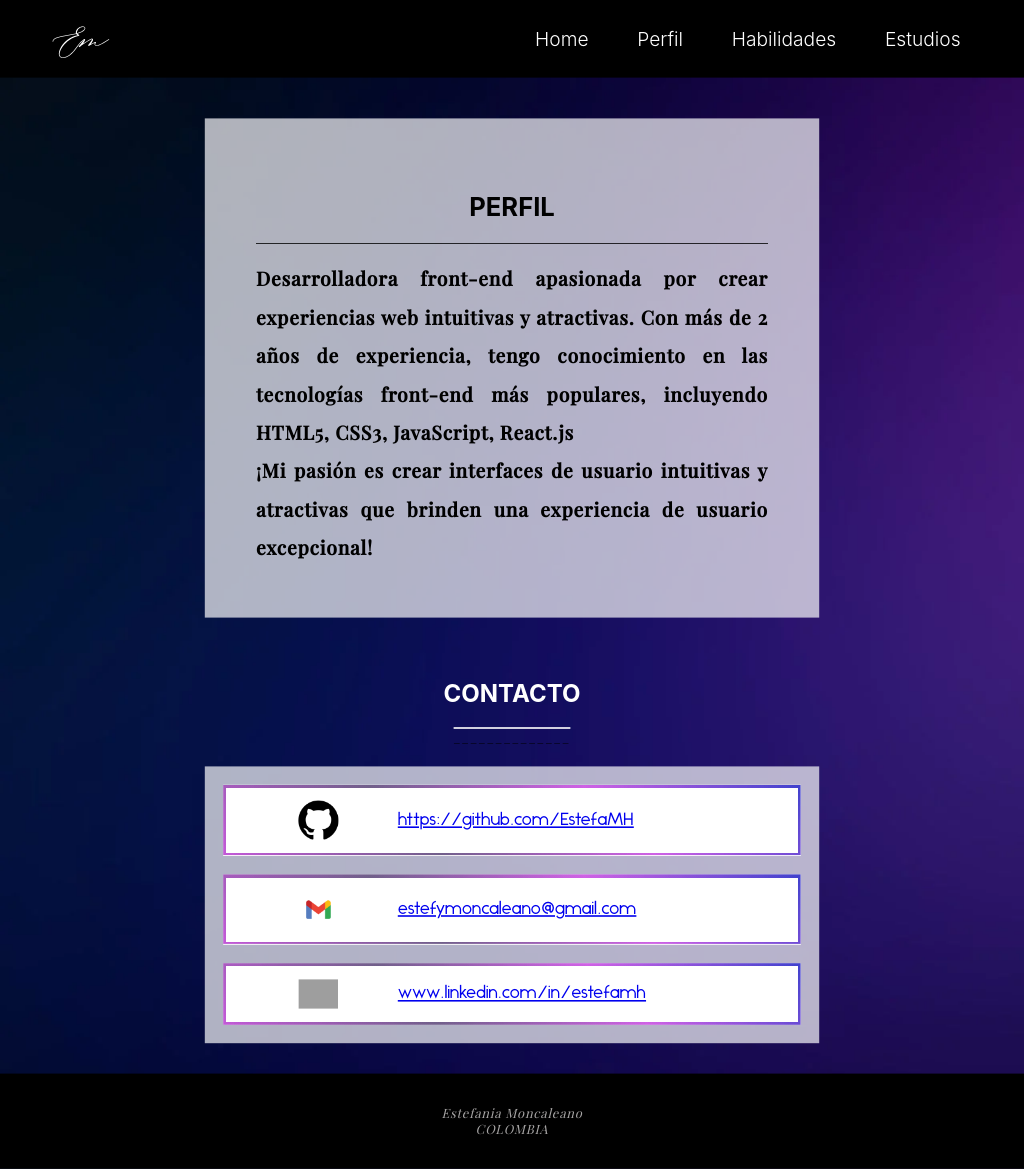
Repository: EstefaMH/PORTAFOLIO
Page: /aboutme
The author's editor kept a copy of each file at every save. The page is drawn from the files as they stood at one save, then again after the next save.
The browser window is 1280 px wide. The pictures show the whole page, at 80% of full size.
Pictures or frames that could not be fetched are drawn as grey boxes. Some web fonts or font styles are not loaded; a fallback is used. The project was rebuilt for these pictures with package versions that can differ from the ones it lists, and the page was loaded fresh each time. Also part of the build but not shown: src/pages/home/Home.js, src/pages/error/Error404.css, src/pages/error/Error404.js, src/pages/jobs/Jobs.js, src/models/Languages.js, src/components/project/project.js, src/pages/skills/Skills.css, src/pages/skills/Skills.js and 2 more.

Above is the page before, as saved 2024-05-23 23:07:06.

After the next save:
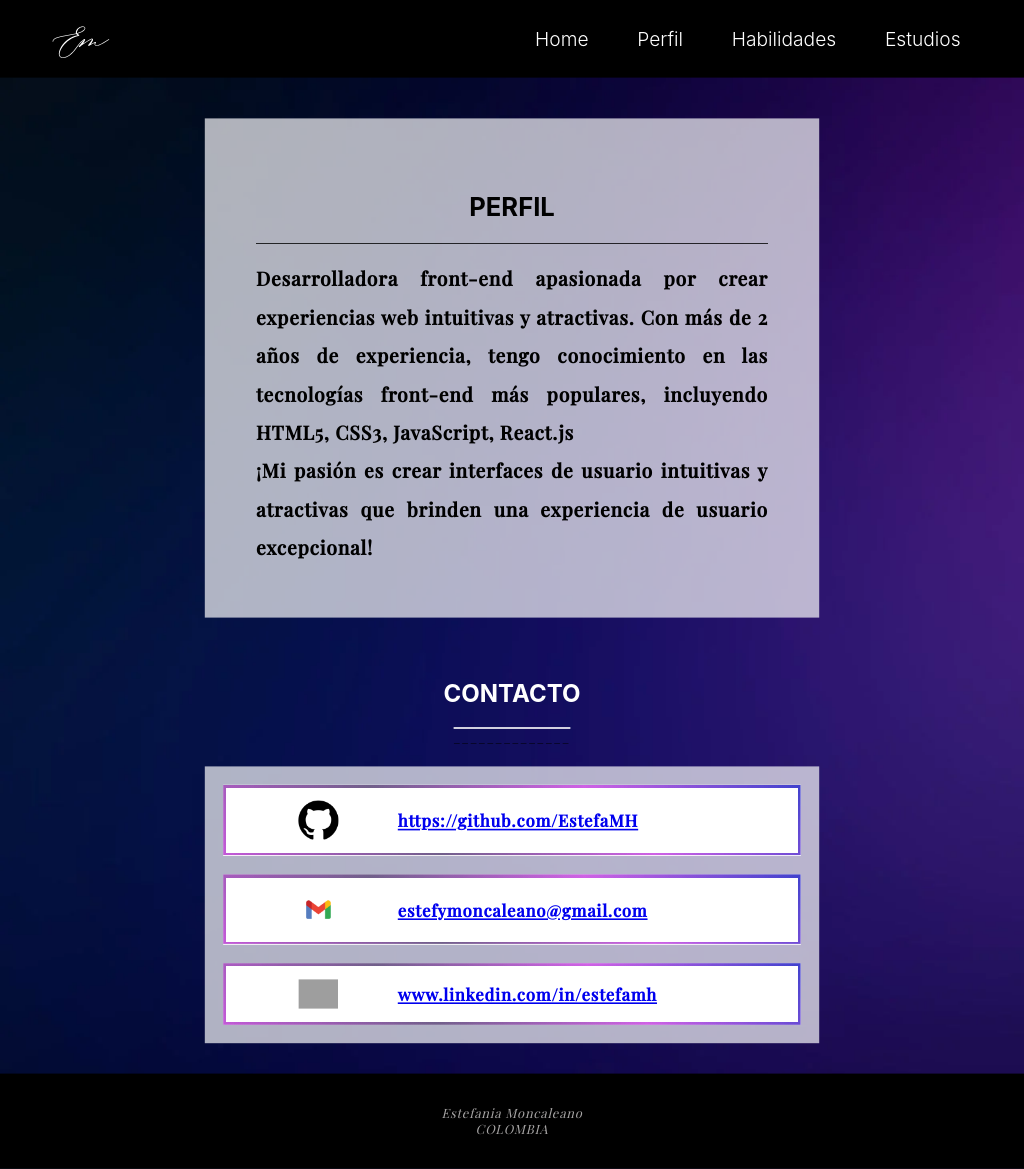
Saved 28 s later.
--- a/src/pages/aboutme/Aboutme.css
+++ b/src/pages/aboutme/Aboutme.css
@@ -124,7 +124,6 @@ h2{
 
     .contact-icons p{
         width: 60%;
-        font-family: 'alcubierre';
         font-style: normal;
         font-weight: 600;
     }
